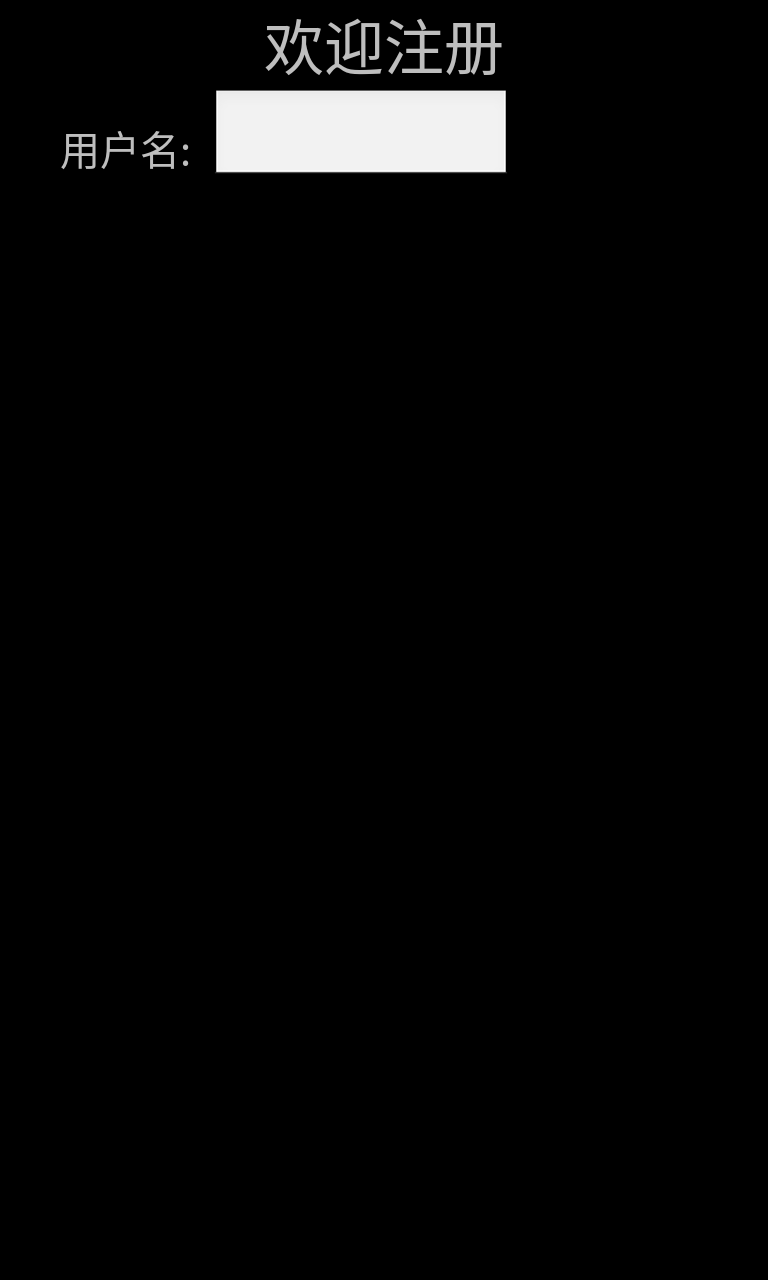
Repository: jcyfkimi/Android-TaoTao
Layout: TaoTao/res/layout/reg.xml
The author's editor kept a copy of each file at every save. The layout is drawn from the files as they stood at one save, then again after the next save.
It is drawn on a 768 x 1280 px phone screen (xhdpi) without system bars, with theme android:Theme; the app's code is not run.

Above is the layout before, as saved 2011-09-13 07:10:44.

After the next save:
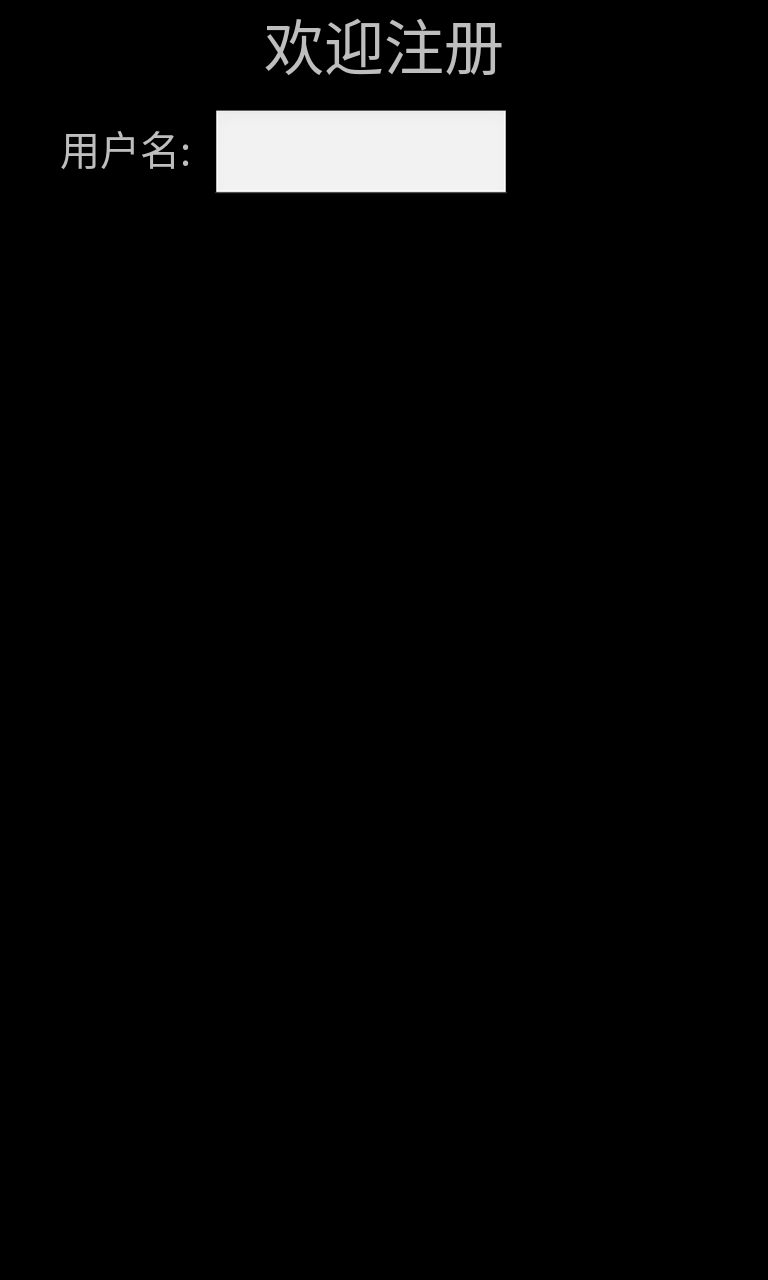
Saved 18 s later.
--- a/TaoTao/res/layout/reg.xml
+++ b/TaoTao/res/layout/reg.xml
@@ -24,6 +24,7 @@
 	  <EditText android:id="@+id/regname"
 	  	android:layout_width="150dip"
 	  	android:layout_height="wrap_content"
-	  	android:layout_marginLeft="10dip"/>
+	  	android:layout_marginLeft="10dip"
+	  	android:layout_marginTop="10dip"/>
 	  </LinearLayout>
 </LinearLayout>
